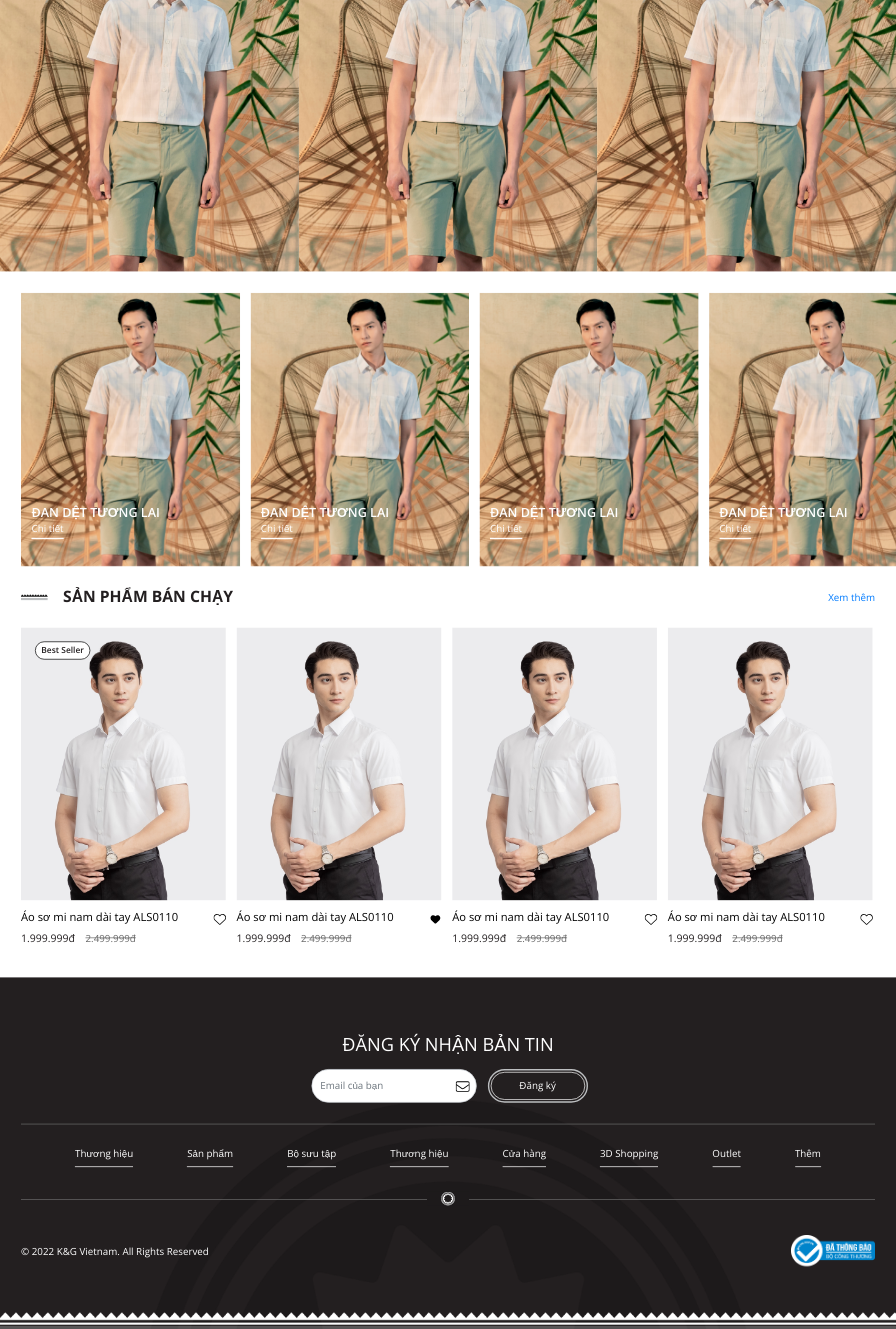
Repository: linhlvtn/aristino
Page: index.html
The author's editor kept a copy of each file at every save. The page is drawn from the files as they stood at one save, then again after the next save.
The browser window is 1280 px wide. The pictures show the part of the page from y = 856 to 2776 px (the page is 2755 px tall before and 2776 px after), at 70% of full size.

Above is the page before, as saved 2023-09-11 07:44:19.
Console error: TypeError: Cannot read properties of null (reading 'addEventListener')

After the next save:
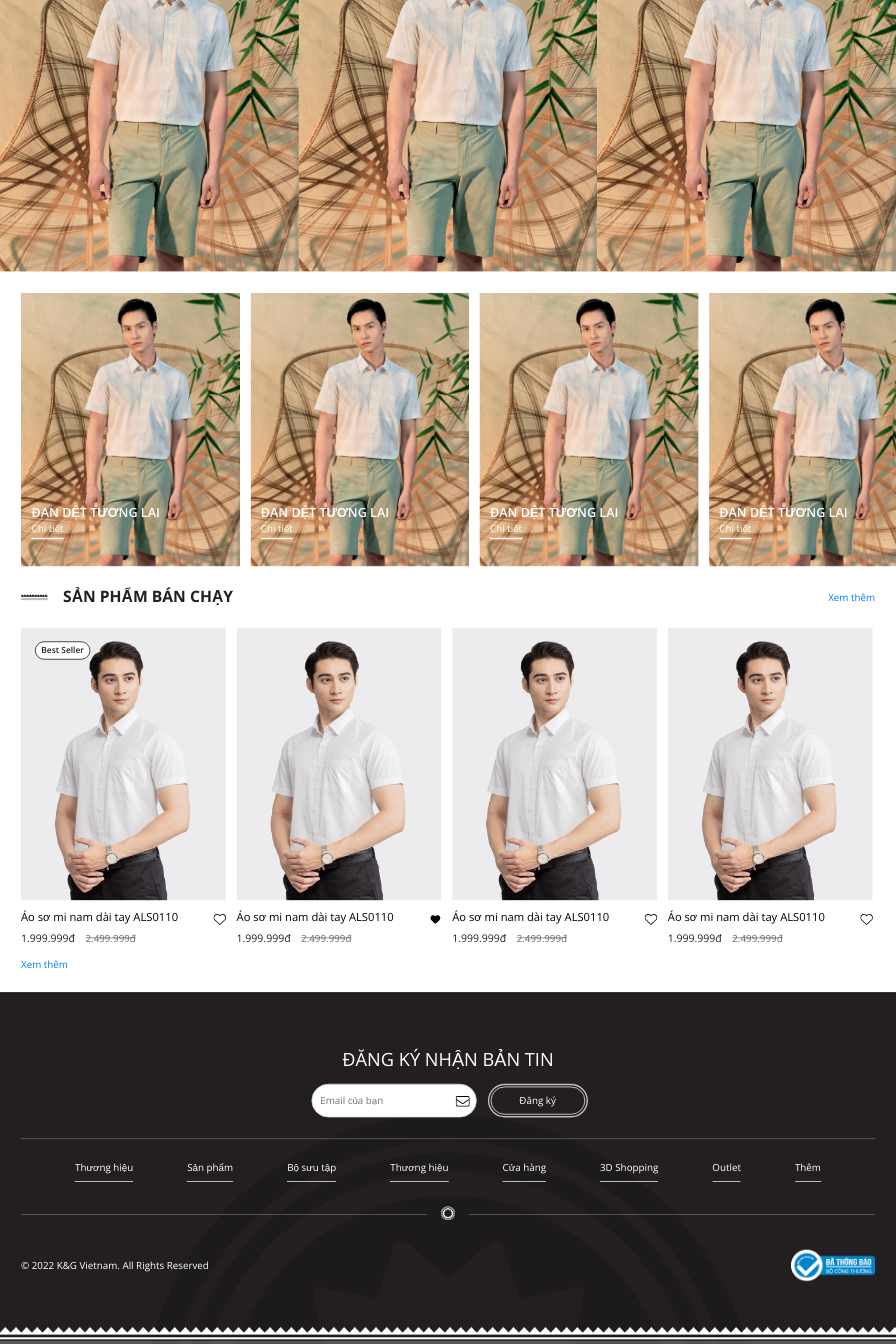
Saved 73 s later.
--- a/index.html
+++ b/index.html
@@ -282,6 +282,8 @@
                             </div>
                          </div>
                     </div>
+
+                    <a href="" class="view-more-prd">Xem thêm</a>
                 </div>
             </div>
 
